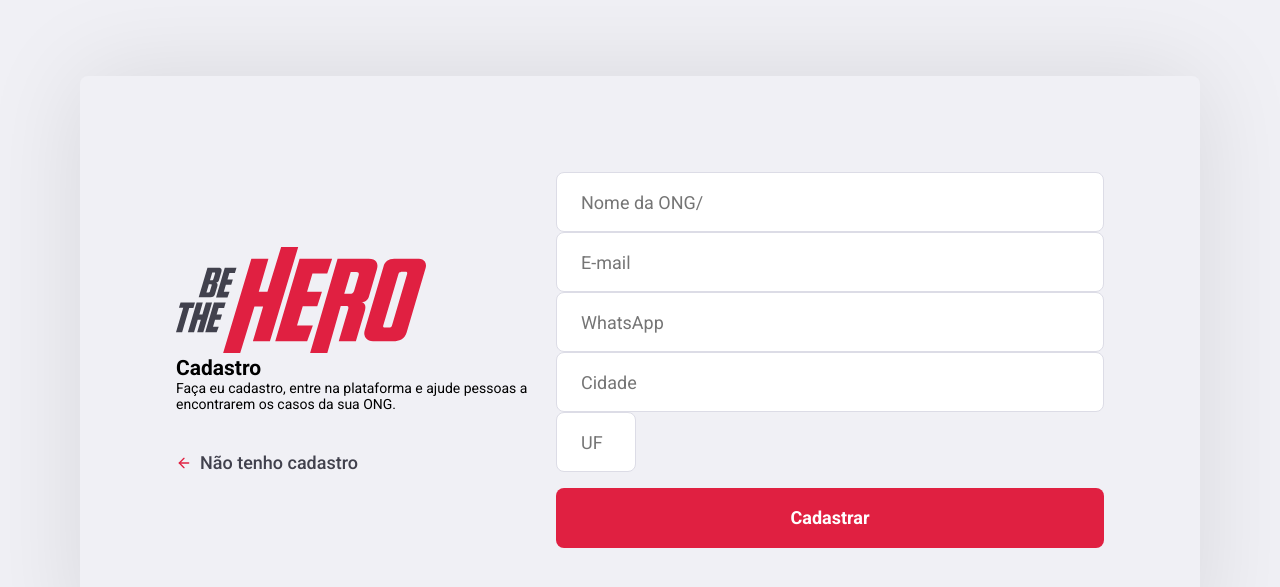
Repository: lucas-silva-dev/be-the-hero
Page: /register (app in frontend/)
An editor plug-in stored every save of this project. The page is shown before and after the next save, followed by the edit.
The browser window is 1280 px wide. The pictures show the whole page.
The project was rebuilt for these pictures with package versions that can differ from the ones it lists, and the page was loaded fresh each time. Also part of the build but not shown: frontend/src/pages/Logon/styles.css, frontend/src/pages/Logon/index.js.

Above is the page before, as saved 2020-03-25 22:59:47.

After the next save:
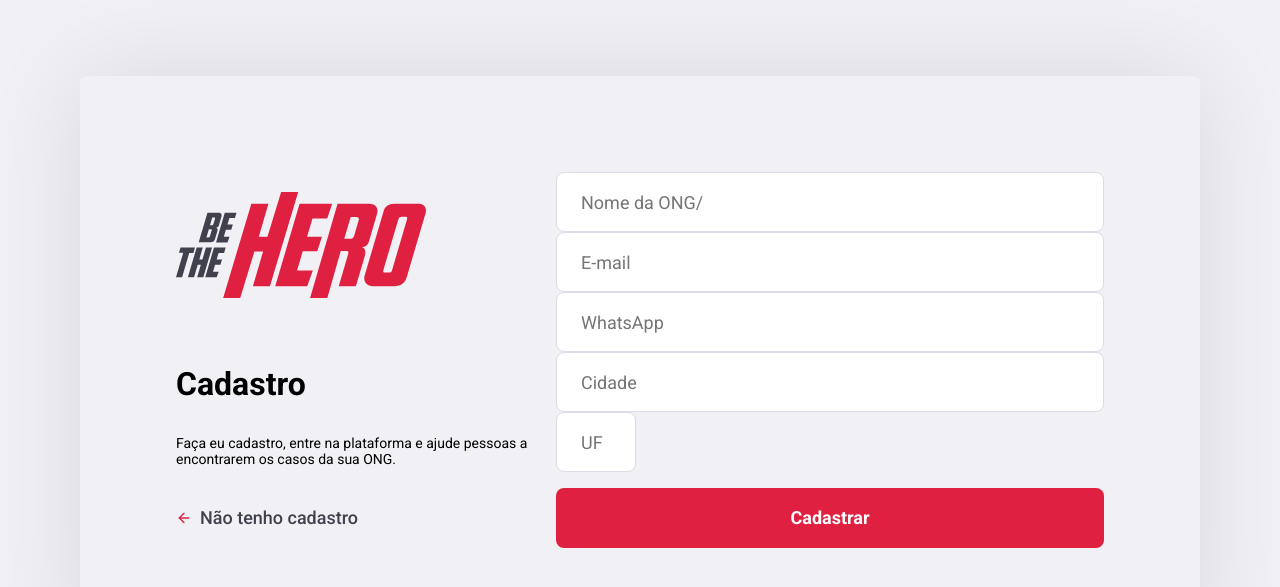
Saved 64 s later.
--- a/frontend/src/pages/Register/styles.css
+++ b/frontend/src/pages/Register/styles.css
@@ -25,3 +25,8 @@
   width: 100%;
   max-width: 380px;
 }
+
+.register-container .content section h1 {
+  margin: 64px 0 32px;
+  font-size: 32px;
+}
